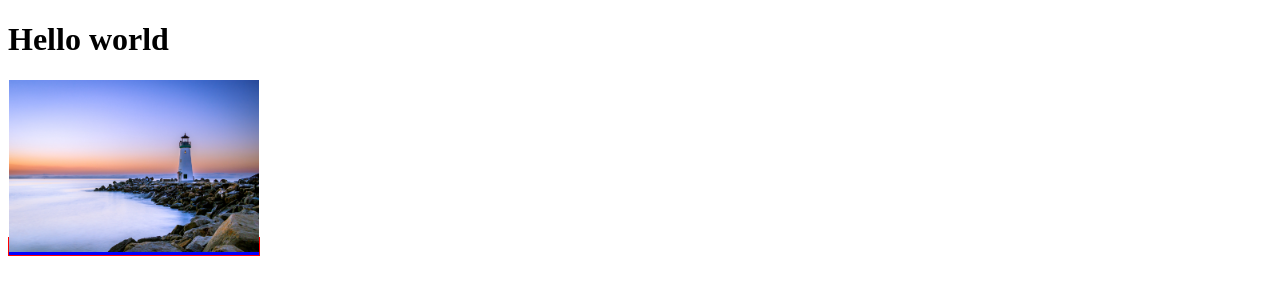
Repository: RPSKumara/DPEdudationPyhton
Page: ImageStyle/index.html
These files come from the project's save history. The page is drawn as it stood at one moment and after the next save; the edit follows.
The browser window is 1280 px wide. The pictures show the whole page.

Above is the page before, as saved 2022-04-20 10:04:29.

### ImageStyle/index.html
<!DOCTYPE html>
<html lang="en">
	<head>
		<meta charset="UTF-8" />
		<meta http-equiv="X-UA-Compatible" content="IE=edge" />
		<meta name="viewport" content="width=device-width, initial-scale=1.0" />
		<link rel="stylesheet" href="style.css" />
		<title>Document</title>
	</head>
	<body>
		<h1>Hello world</h1>
		<dev class="imageSlider">
			<img src="Images/01.jpg" alt="images" class="previewImg" srcset="" />
		</dev>
	</body>
</html>

### ImageStyle/style.css
.imageSlider{
    min-width: 80%;
    max-width: 80%;
    background-color: blue;
    border: red solid 0.5px;
}
.previewImg{
    width: 250px;
}

After the next save:
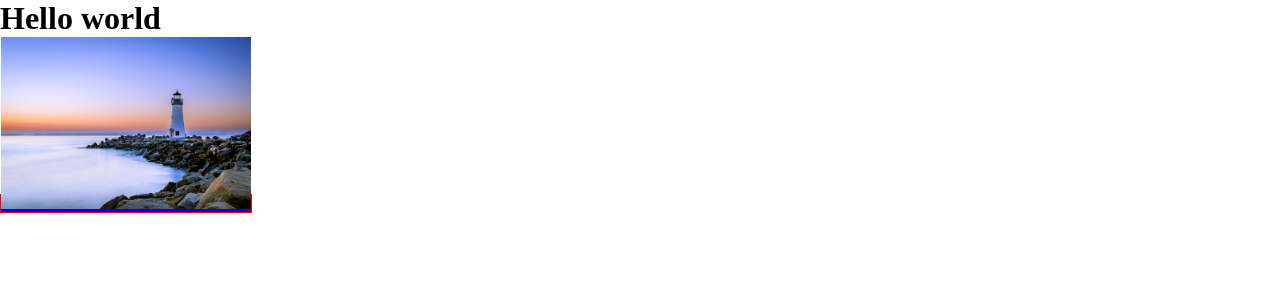
Saved 20 s later.
--- a/ImageStyle/style.css
+++ b/ImageStyle/style.css
@@ -1,3 +1,7 @@
+*{
+    margin: 0;
+    padding: 0;
+}
 .imageSlider{
     min-width: 80%;
     max-width: 80%;
